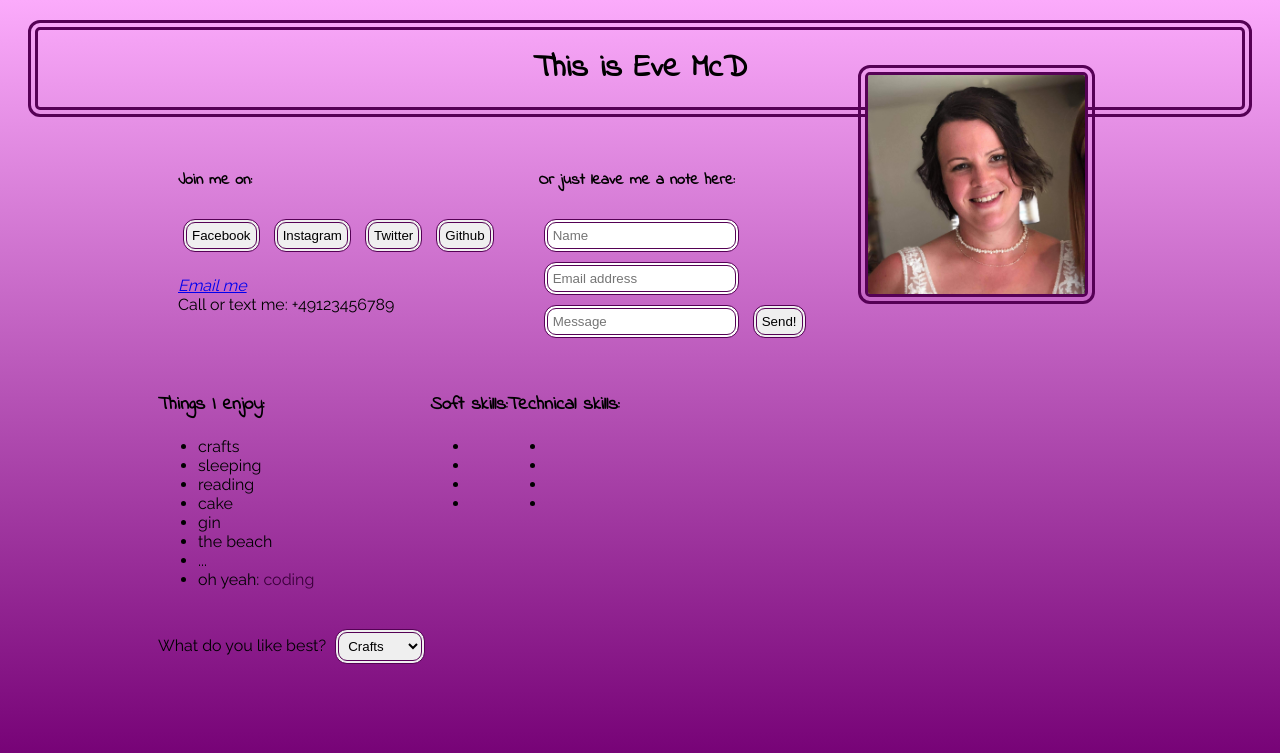
Repository: evemcd/Strive-Ignite-W1
Page: index.html
An editor plug-in stored every save of this project. The page is shown before and after the next save, followed by the edit.
The browser window is 1280 px wide. The pictures show the whole page.

Above is the page before, as saved 2021-01-17 23:02:56.

After the next save:
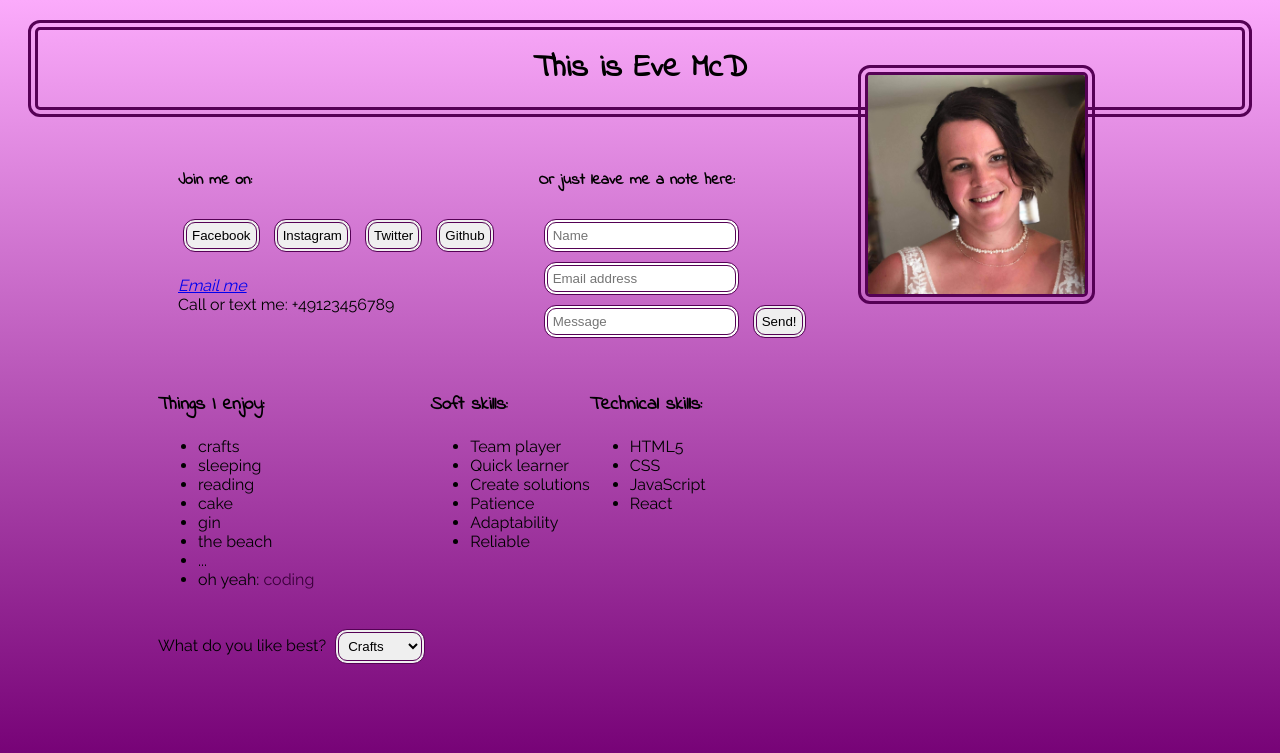
Saved 5 min 16 s later.
--- a/index.html
+++ b/index.html
@@ -68,19 +68,21 @@
         <div>
             <h3>Soft skills:</h3>
             <ul>
-                <li></li>
-                <li></li>
-                <li></li>
-                <li></li>
+                <li>Team player</li>
+                <li>Quick learner</li>
+                <li>Create solutions</li>
+                <li>Patience</li>
+                <li>Adaptability</li>
+                <li>Reliable</li>
             </ul>
         </div>
         <div>
             <h3>Technical skills:</h3>
             <ul>
-                <li></li>
-                <li></li>
-                <li></li>
-                <li></li>
+                <li>HTML5</li>
+                <li>CSS</li>
+                <li>JavaScript</li>
+                <li>React</li>
             </ul>
         </div>
     </section>
